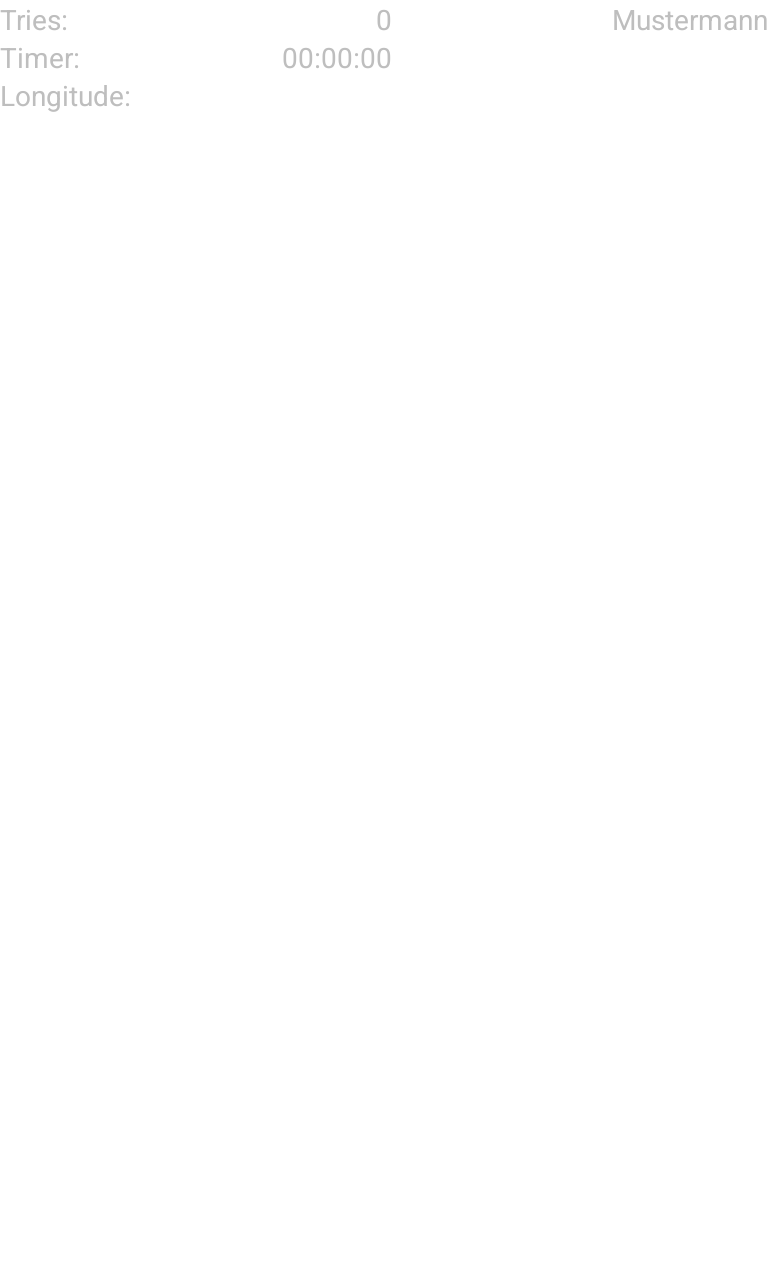
Repository: ymc-sise/sport-memory
Layout: memory/res/layout/game.xml
These files come from the project's save history. The layout is drawn as it stood at one moment and after the next save; the edit follows.
It is drawn on a 768 x 1280 px phone screen (xhdpi) without system bars, with theme android:Theme.Wallpaper; the app's code is not run.

Above is the layout before, as saved 2014-01-18 20:10:11.

### memory/res/layout/game.xml
<?xml version="1.0" encoding="utf-8"?>
<RelativeLayout xmlns:android="http://schemas.android.com/apk/res/android"
    android:id="@+id/RelativeLayout1"
    android:layout_width="fill_parent"
    android:layout_height="fill_parent"
    android:orientation="vertical"
    android:stretchColumns="50" >


        <TextView
        android:id="@+id/tries"
        android:layout_width="wrap_content"
        android:layout_height="wrap_content"
        android:layout_alignParentLeft="true"
        android:layout_alignParentTop="true"
        android:text="@string/tries" />

    <TextView
        android:id="@+id/anz"
        android:layout_width="wrap_content"
        android:layout_height="wrap_content"
        android:layout_alignParentTop="true"
        android:layout_centerHorizontal="true"
        android:text="@string/thisisanull" />

    <TextView
        android:id="@+id/mustermann"
        android:layout_width="wrap_content"
        android:layout_height="wrap_content"
        android:layout_alignParentRight="true"
        android:layout_alignParentTop="true"
        android:text="@string/mustermann" />

        <TextView
        android:id="@+id/Timer"
        android:layout_width="wrap_content"
        android:layout_height="wrap_content"
        android:layout_alignParentLeft="true"
        android:layout_below="@+id/tries"
        android:text="@string/Timer" />

            <TextView
        android:id="@+id/time"
        android:layout_width="wrap_content"
        android:layout_height="wrap_content"
        android:layout_alignRight="@+id/anz"
        android:layout_below="@+id/anz"
        android:text="@string/time" />

            <TextView
        android:id="@+id/longitudeLabel"
        android:layout_width="wrap_content"
        android:layout_height="wrap_content"
        android:layout_alignParentLeft="true"
        android:layout_below="@+id/Timer"
        android:text="@string/longitudeLabel" />

    <TableLayout
        android:id="@+id/tableLayout1"
        android:layout_width="wrap_content"
        android:layout_height="wrap_content"
        android:layout_centerHorizontal="true"
        android:layout_marginTop="62dp"
        android:orientation="vertical" >

        <TableRow
            android:id="@+id/tableRow2"
            android:layout_width="wrap_content"
            android:layout_height="wrap_content" >
        </TableRow>

        <TableRow
            android:id="@+id/tableRow3"
            android:layout_width="wrap_content"
            android:layout_height="wrap_content" >
        </TableRow>

        <TableRow
            android:id="@+id/tableRow4"
            android:layout_width="wrap_content"
            android:layout_height="wrap_content" >
        </TableRow>
    </TableLayout>



</RelativeLayout>

### memory/res/values/strings.xml
<?xml version="1.0" encoding="utf-8"?>
<resources>

    <string name="app_name">Sport memory</string>
    <string name="spielen">Play</string>
    <string name="einstellung">Settings</string>
    <string name="impressum">About</string>
    <string name="version10">Version 1.0</string>
    <string name="anzKarten">Number of cards</string>
    <string name="sechszehn">16</string>
    <string name="vierundzwanzig">24</string>
    <string name="zurueck">Back</string>
    <string name="spielername">Player name</string>
    <string name="namEingeben">Enter your name!</string>
    <string name="sechsunddreissig">36</string>
    <string name="tries">Tries:</string>
    <string name="url">URL</string>
    <string name="urlEingeben">localhost</string>
    <string name="localhost">use LocalHost</string>
    <string name="LocalHost">localhost</string>
    <string name="mustermann">Mustermann</string>
    <string name="thisisanull">0</string>
    <string name="impress">Sport memory is a student project. You have to solve memory additionaly with your gps coordinates.</string>
    <string name="impress2">Software licence: Apache License 2.0</string>
    <string name="impress3"></string>
    <string name="impress4">Developer Simon Schneeberger</string>
    <string name="Timer">Timer:</string>
    <string name="time">00:00:00</string>
    <string name="latitudeLabel">Latitude:</string>
    <string name="longitudeLabel">Longitude:</string>
    <string name="longitudeValue">0.000000</string>
    <string name="latitudeValue">0.000000</string>

</resources>

After the next save:
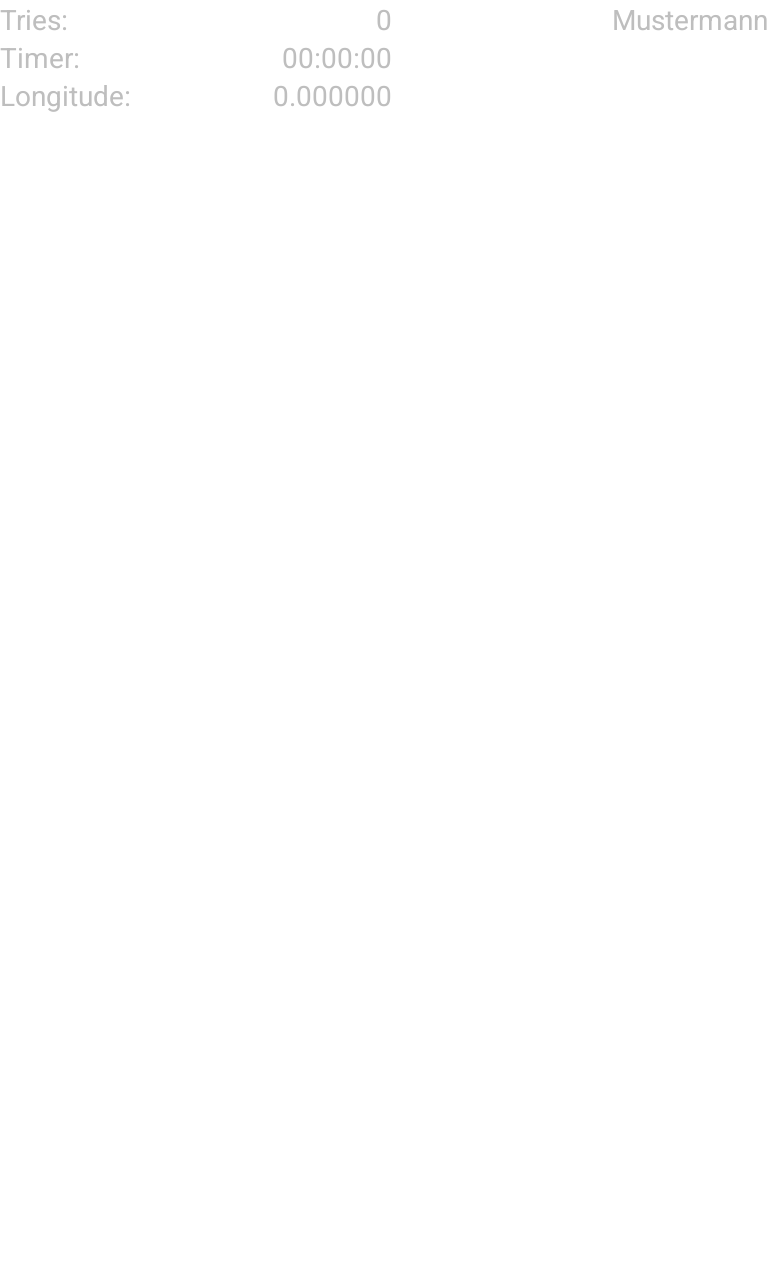
Saved 28 s later.
--- a/memory/res/layout/game.xml
+++ b/memory/res/layout/game.xml
@@ -55,6 +55,15 @@
         android:layout_below="@+id/Timer"
         android:text="@string/longitudeLabel" />
 
+            <TextView
+        android:id="@+id/longitudeValue"
+        android:layout_width="wrap_content"
+        android:layout_height="wrap_content"
+        android:layout_alignBaseline="@+id/longitudeLabel"
+        android:layout_alignBottom="@+id/longitudeLabel"
+        android:layout_alignRight="@+id/time"
+        android:text="@string/longitudeValue" />
+
     <TableLayout
         android:id="@+id/tableLayout1"
         android:layout_width="wrap_content"
